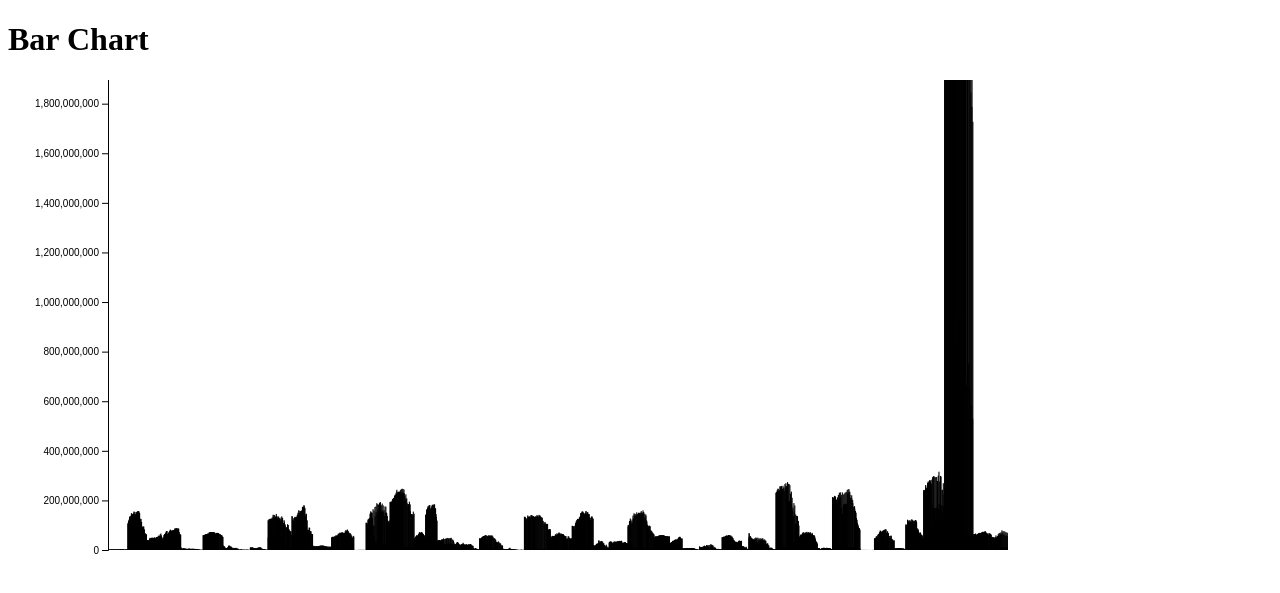
Repository: komalharjani/d3js-visualisation
Page: index.html
These files come from the project's save history. The page is drawn as it stood at one moment and after the next save; the edit follows.
The browser window is 1280 px wide. The pictures show the whole page.

Above is the page before, as saved 2020-04-29 22:26:34.

After the next save:
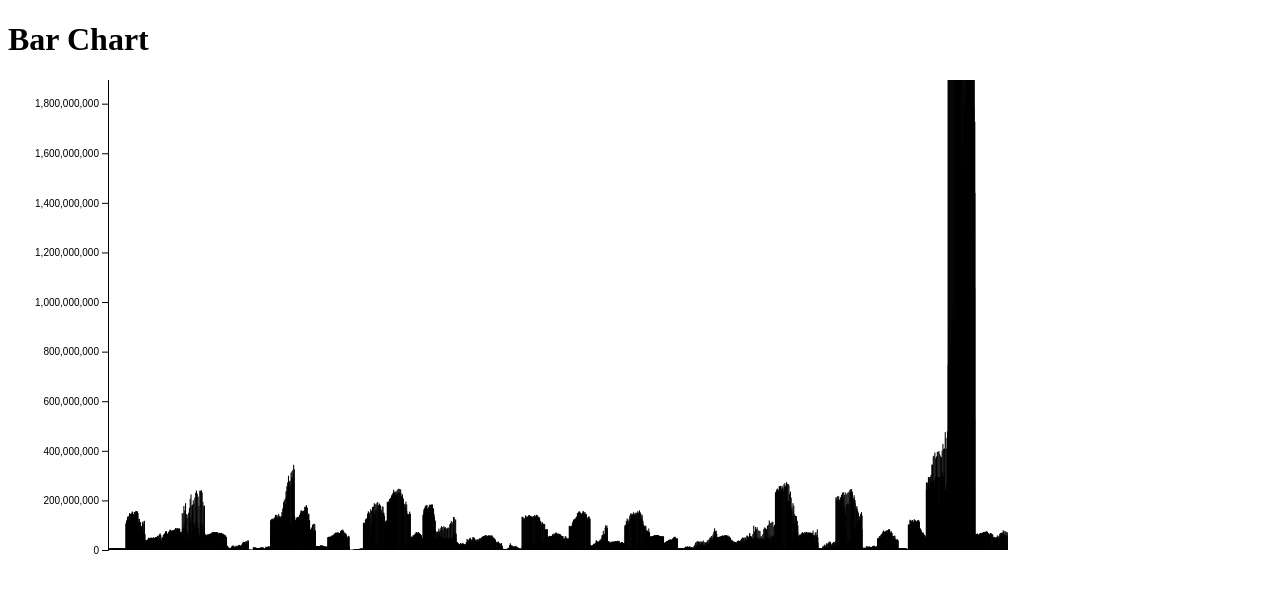
Saved 37 s later.
--- a/index.js
+++ b/index.js
@@ -23,7 +23,7 @@ d3.csv(dataPath)
                 //console.log(finals);
 
                 for(let j=0; j < data.length; j++) {
-                        if(data[j].energySrc == "Coal" || data[j].energySrc == "Petroleum") {
+                        if(data[j].energySrc == "Coal" || data[j].energySrc == "Petroleum" || data[j].energySrc == "Petroleum" || data[j].energySrc == "Natural Gas" ) {
                                 finals.push({
                                         amount: parseInt(data[j].amount),
                                         type: data[j].energySrc,
